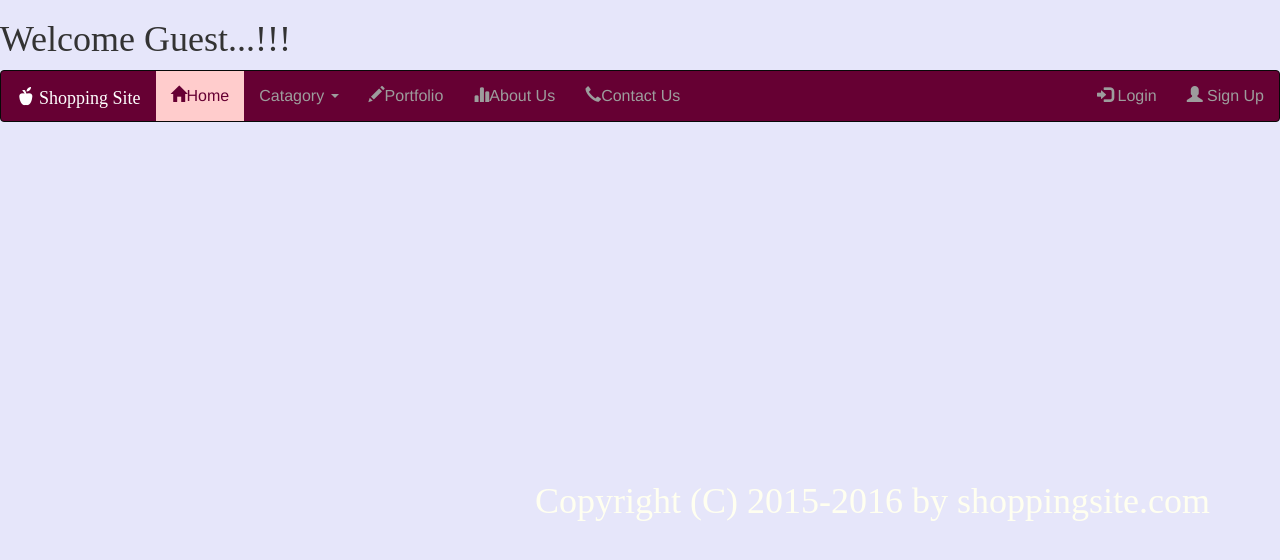
Repository: priyasuthakar/priya
Page: http://localhost/Apple/WEB-INF/views/productinfo.jsp
These files come from the project's save history. The page is drawn as it stood at one moment and after the next save; the edit follows.
The browser window is 1280 px wide. The pictures show the whole page.
Some web libraries are served in a nearby version. The page is served by Tomcat 9. Nobody is signed in. The template is opened directly, without the code that normally fills it, so the values that code supplies are empty.

Above is the page before, as saved 2016-08-25 18:26:35.

After the next save:
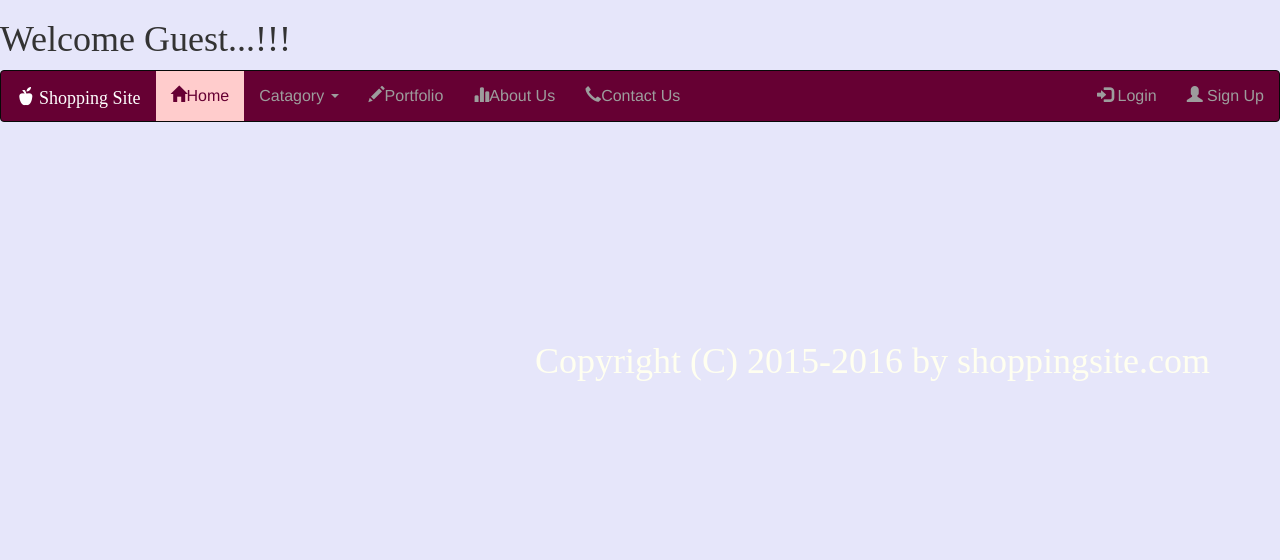
Saved 43 s later.
--- a/Apple/src/main/webapp/WEB-INF/views/productinfo.jsp
+++ b/Apple/src/main/webapp/WEB-INF/views/productinfo.jsp
@@ -104,13 +104,7 @@ table {
 		<br>
 		<br>
 		<br>
-		<br>
-		<br>
-		<br>
-		<br>
-		<br>
-		<br>
-		<br>
+
 		<%@include file="Footer.jsp"%>
 </body>
 </html>
